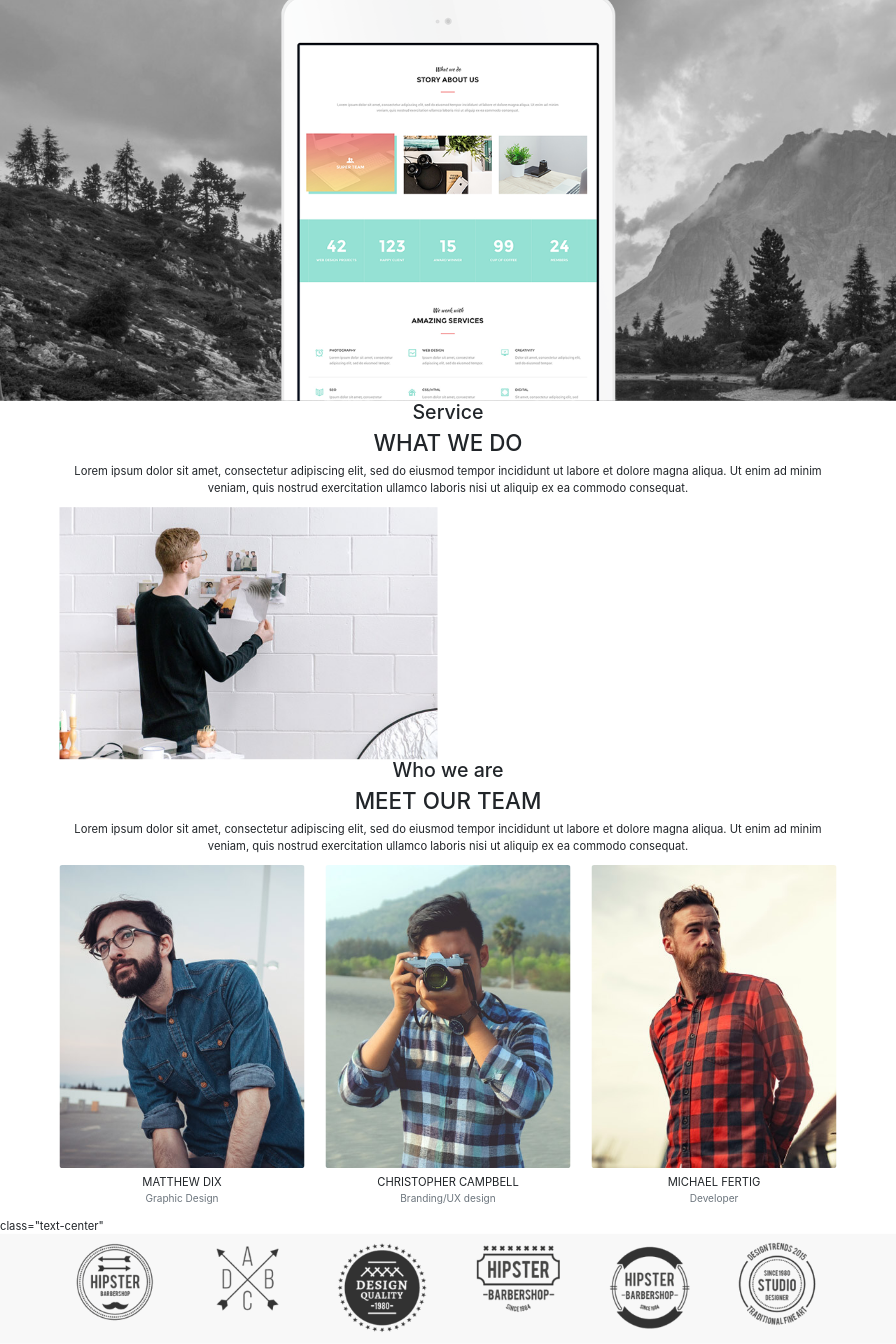
Repository: nourabdelhakam/MoGo-template
Page: index.html
The author's editor kept a copy of each file at every save. The page is drawn from the files as they stood at one save, then again after the next save.
The browser window is 1280 px wide. The pictures show the part of the page from y = 651 to 2571 px (the page is 2571 px tall before and 2547 px after), at 70% of full size.
Some web libraries are served in a nearby version. The style sheet was rebuilt from its Sass, Less or Tailwind sources for each picture, by a compiler version that may differ from the author's.

Above is the page before, as saved 2021-02-21 21:01:01.

After the next save:
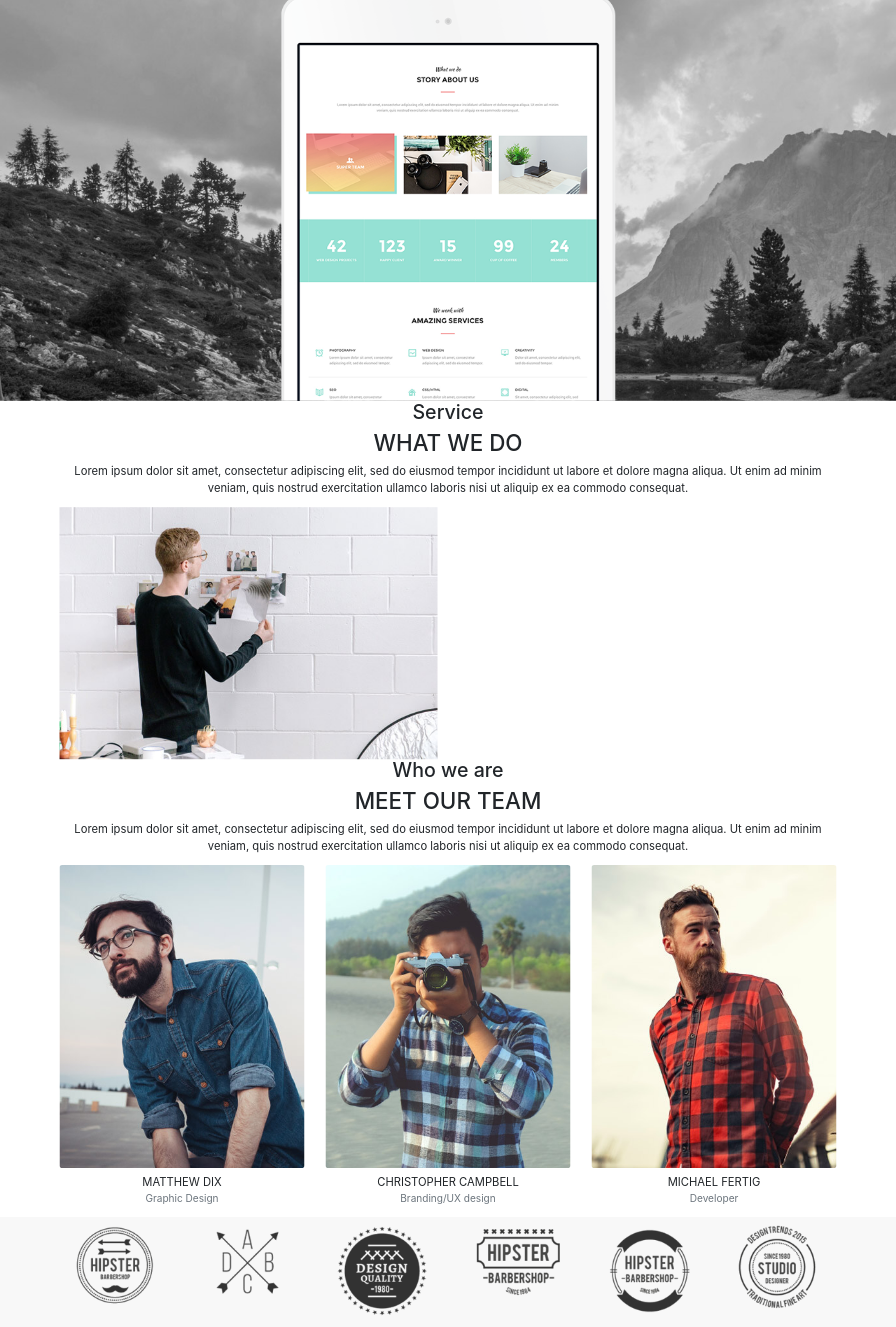
Saved 3 min 36 s later.
--- a/index.html
+++ b/index.html
@@ -178,7 +178,7 @@
             </div>
         </div>
     </secstion>
-    <!--END OF  Who we are -------------------------------------------------->class="text-center"
+    <!--END OF  Who we are -------------------------------------------------->
 
     <!-- BRANDS -------------------------------------------------------------->
     <section class="brands text-center">
